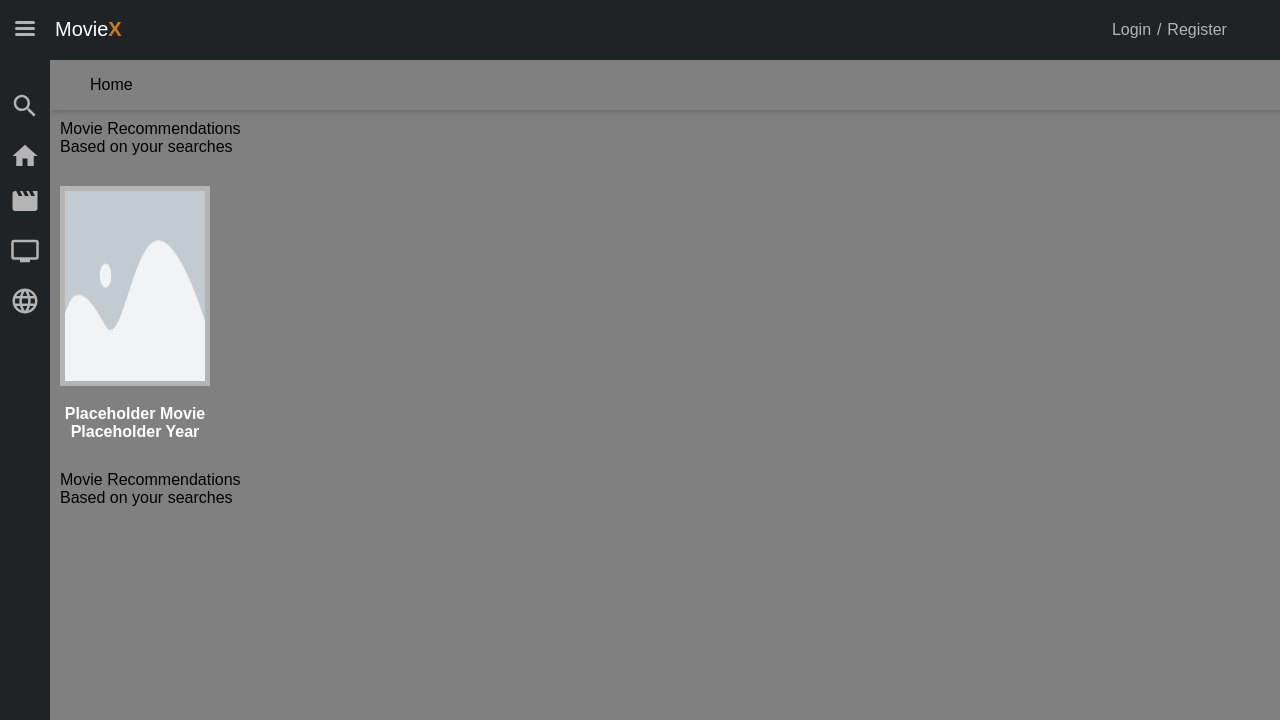
Repository: Amad-Mlinka/MovieTVBrowserNext
Page: /
An editor plug-in stored every save of this project. The page is shown before and after the next save, followed by the edit.
The browser window is 1280 px wide. The pictures show the whole page.
The project was rebuilt for these pictures with package versions that can differ from the ones it lists, and the page was loaded fresh each time. The framework's server and built-in components were replaced by stand-ins that run in the browser. Also part of the build but not shown: next.config.js.

Above is the page before, as saved 2021-08-06 22:39:30.

After the next save:
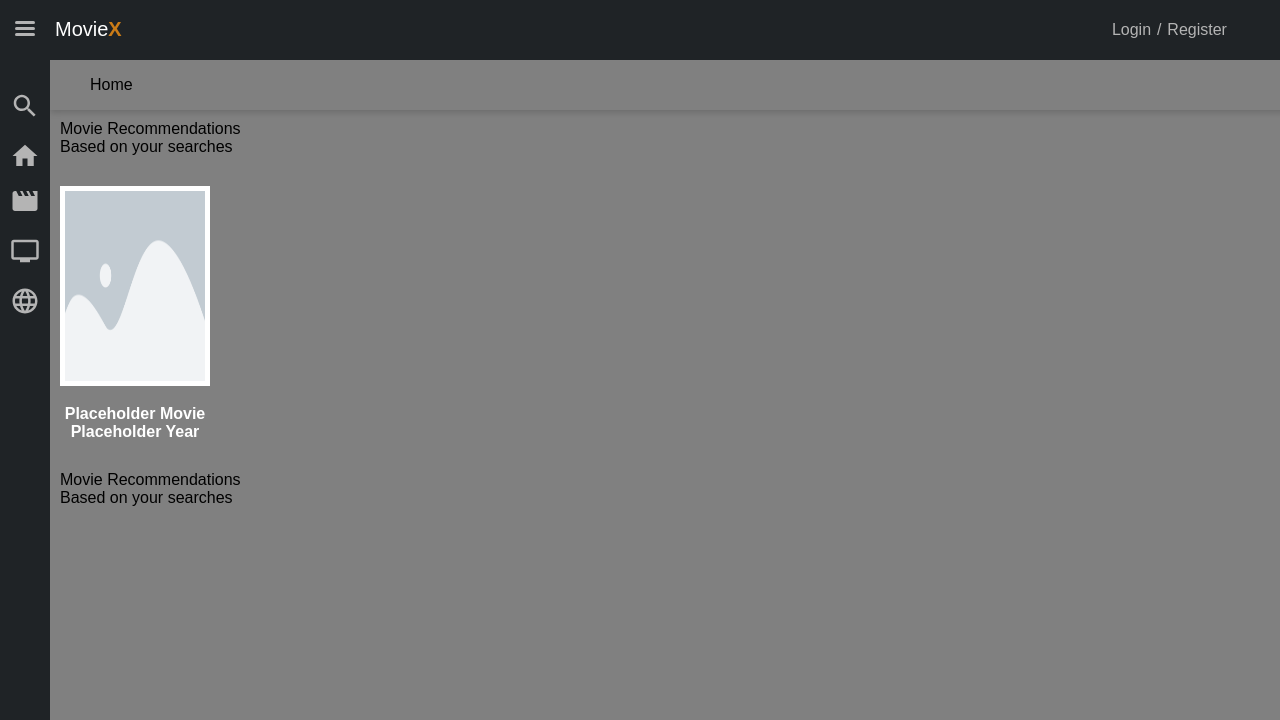
Saved 7 s later.
--- a/styles/Home.module.scss
+++ b/styles/Home.module.scss
@@ -44,7 +44,7 @@
   overflow: hidden;
 }
 .mediaImage{
-  border: 5px solid $tertiary-color !important;
+  border: 5px solid white !important;
   &:hover {
     .mediaOverlay {
       animation: fadeInUp .5s ease-in-out;
